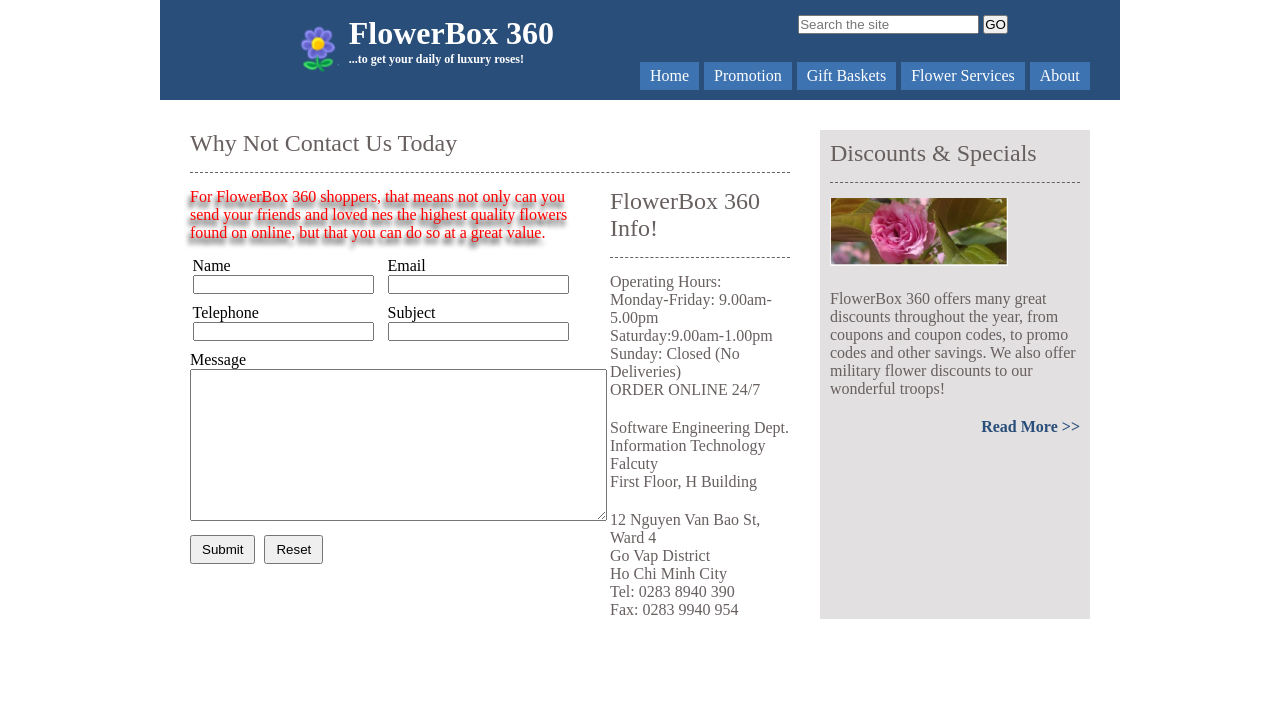
Repository: hoangnguyen1903/STT_21084321_NguyenHuyHoang_DHKHMT17B_Tuan4_DeThamKhao3
Page: html/demo.html
These files come from the project's save history. The page is drawn as it stood at one moment and after the next save; the edit follows.
The browser window is 1280 px wide. The pictures show the whole page.

Above is the page before, as saved 2023-03-09 15:12:33.

### html/demo.html
<!DOCTYPE html>
<html lang="en">
  <head>
    <meta charset="UTF-8" />
    <meta http-equiv="X-UA-Compatible" content="IE=edge" />
    <meta name="viewport" content="width=device-width, initial-scale=1.0" />
    <title>Demo 3</title>
    <style>
      * {
        padding: 0;
        box-sizing: border-box;
        margin: 0 auto;
      }

      .wrapper {
        width: 960px;
        height: 100%;
      }

      .header {
        width: 960px;
        height: 100px;
        background-color: #294e79;
        color: #fff;
        display: flex;
        position: relative;
      }

      .header > .header__left {
        display: flex;
        padding: 15px 20px;
      }

      .header > .header__left > img {
        padding-right: 10px;
      }

      .header > .header__left > div > h2 {
        font-size: 12px;
      }

      .header > .header__right {
        padding-top: 15px;
      }

      .header > .header__bottom {
        position: absolute;
        bottom: 10px;
        left: 50%;
        display: flex;
      }

      .header > .header__bottom > li {
        list-style: none;
        margin-right: 5px;
        background-color: #3d73b1;
        padding: 5px 10px;
      }

      .header > .header__bottom > li:hover {
        background-color: #fff;
      }

      .header > .header__bottom > li:hover > a {
        color: #000;
      }

      .header > .header__bottom > li > a {
        text-decoration: none;
        color: white;
      }

      .content {
        width: 960px;
        display: flex;
        padding: 30px;
      }

      .content > .content__left {
        width: calc(70% - 30px);
        margin-right: 30px;
      }

      .content > .content__left > .content__left-top {
        color: #685f5f;
        font-weight: 500;
        padding-bottom: 15px;
        border-bottom: 1px dashed #685f5f;
        margin-bottom: 15px;
      }

      .content > .content__left > .content__left-bottom {
        display: flex;
      }

      .content > .content__left > .content__left-bottom > .content__left-form {
        width: calc(70% - 30px);
        margin-right: 30px;
      }

      .content
        > .content__left
        > .content__left-bottom
        > .content__left-form
        > p {
        color: red;
        text-shadow: -2px 6px 5px #000;
        margin-bottom: 15px;
      }

      .content
        > .content__left
        > .content__left-bottom
        > .content__left-form
        > form {
        display: flex;
        flex-wrap: wrap;
      }

      .content
        > .content__left
        > .content__left-bottom
        > .content__left-form
        > form
        > div {
        width: calc(50% - 5px);
        margin-bottom: 10px;
      }

      .content
        > .content__left
        > .content__left-bottom
        > .content__left-form
        > form
        > div:nth-child(5) {
        width: 100%;
        margin-bottom: 10px;
      }

      .content
        > .content__left
        > .content__left-bottom
        > .content__left-form
        > form
        > div:nth-child(6) {
        width: 100%;
        margin-bottom: 10px;
      }

      .content
        > .content__left
        > .content__left-bottom
        > .content__left-form
        > form
        > div:nth-child(6)
        > input {
        padding: 5px 10px;
        margin-right: 5px;
      }

      .content
        > .content__left
        > .content__left-bottom
        > .content__left-info
        > .content__left-heading {
        color: #685f5f;
        font-weight: 500;
        padding-bottom: 15px;
        border-bottom: 1px dashed #685f5f;
        margin-bottom: 15px;
      }

      .content
        > .content__left
        > .content__left-bottom
        > .content__left-info
        > div:not(:last-child) {
        margin-bottom: 20px;
      }

      .content
        > .content__left
        > .content__left-bottom
        > .content__left-info
        > div
        > p {
        color: #685f5f;
      }

      .content > .content__right {
        width: 30%;
        background-color: #e2e0e0;
        padding: 10px;
      }

      .content > .content__right > .content__right-top {
        color: #685f5f;
        font-weight: 500;
        padding-bottom: 15px;
        border-bottom: 1px dashed #685f5f;
        margin-bottom: 15px;
      }

      .content > .content__right > .content__right-bottom > p {
        color: #685f5f;
        margin: 20px 0;
      }

      .content > .content__right > .content__right-bottom > a {
        text-decoration: none;
        color: #294e79;
        float: right;
        font-weight: bold;
      }
    </style>
  </head>
  <body>
    <div class="wrapper">
      <div class="header">
        <div class="header__left">
          <img src="../img/AnhLogo.PNG" alt="Logo" class="logo" />
          <div>
            <h1>FlowerBox 360</h1>
            <h2>...to get your daily of luxury roses!</h2>
          </div>
        </div>
        <ul class="header__bottom">
          <li><a href="#">Home</a></li>
          <li><a href="#">Promotion</a></li>
          <li><a href="#">Gift Baskets</a></li>
          <li><a href="#">Flower Services</a></li>
          <li><a href="#">About</a></li>
        </ul>
        <div class="header__right">
          <input
            type="text"
            name="txt"
            id="txt"
            placeholder="Search the site"
          />
          <input type="button" value="GO" />
        </div>
      </div>
      <div class="content">
        <div class="content__left">
          <h2 class="content__left-top">Why Not Contact Us Today</h2>
          <div class="content__left-bottom">
            <div class="content__left-form">
              <p>
                For FlowerBox 360 shoppers, that means not only can you send
                your friends and loved nes the highest quality flowers found on
                online, but that you can do so at a great value.
              </p>
              <form action="">
                <div>
                  <label for="name">Name</label>
                  <input type="text" name="name" id="name" />
                </div>
                <div>
                  <label for="email">Email</label>
                  <input type="email" name="email" id="email" />
                </div>
                <div>
                  <label for="telephone">Telephone</label>
                  <input type="number" name="telephone" id="telephone" />
                </div>
                <div>
                  <label for="subject">Subject</label>
                  <input type="text" name="subject" id="subject" />
                </div>
                <div>
                  <label for="message">Message</label>
                  <div>
                    <textarea
                      name="message"
                      id="message"
                      cols="50"
                      rows="10"
                    ></textarea>
                  </div>
                </div>
                <div>
                  <input type="submit" value="Submit" />
                  <input type="reset" value="Reset" />
                </div>
              </form>
            </div>
            <div class="content__left-info">
              <h2 class="content__left-heading">FlowerBox 360 Info!</h2>
              <div>
                <p>Operating Hours:</p>
                <p>Monday-Friday: 9.00am-5.00pm</p>
                <p>Saturday:9.00am-1.00pm</p>
                <p>Sunday: Closed (No Deliveries)</p>
                <p>ORDER ONLINE 24/7</p>
              </div>
              <div>
                <p>Software Engineering Dept.</p>
                <p>Information Technology Falcuty</p>
                <p>First Floor, H Building</p>
              </div>
              <div>
                <p>12 Nguyen Van Bao St, Ward 4</p>
                <p>Go Vap District</p>
                <p>Ho Chi Minh City</p>
                <p>Tel: 0283 8940 390</p>
                <p>Fax: 0283 9940 954</p>
              </div>
            </div>
          </div>
        </div>
        <div class="content__right">
          <h2 class="content__right-top">Discounts & Specials</h2>
          <div class="content__right-bottom">
            <img src="../img/flower.PNG" alt="Flower" />
            <p>
              FlowerBox 360 offers many great discounts throughout the year,
              from coupons and coupon codes, to promo codes and other savings.
              We also offer military flower discounts to our wonderful troops!
            </p>
            <a href="#">Read More >></a>
          </div>
        </div>
      </div>
      <div class="footer"></div>
    </div>
  </body>
</html>

After the next save:
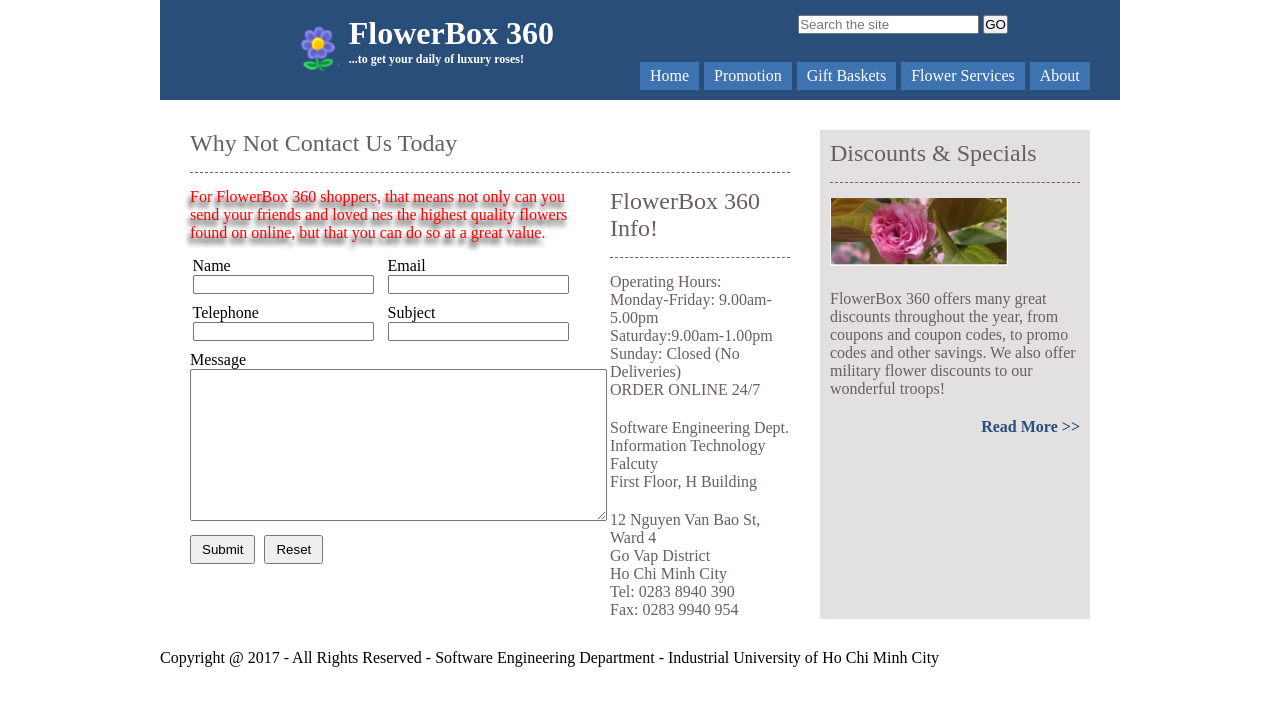
Saved 107 s later.
--- a/html/demo.html
+++ b/html/demo.html
@@ -322,7 +322,15 @@
           </div>
         </div>
       </div>
-      <div class="footer"></div>
+      <div class="footer">
+        <p>
+          Copyright @ 2017 - All Rights Reserved -
+          <span
+            >Software Engineering Department - Industrial University of Ho Chi
+            Minh City</span
+          >
+        </p>
+      </div>
     </div>
   </body>
 </html>
